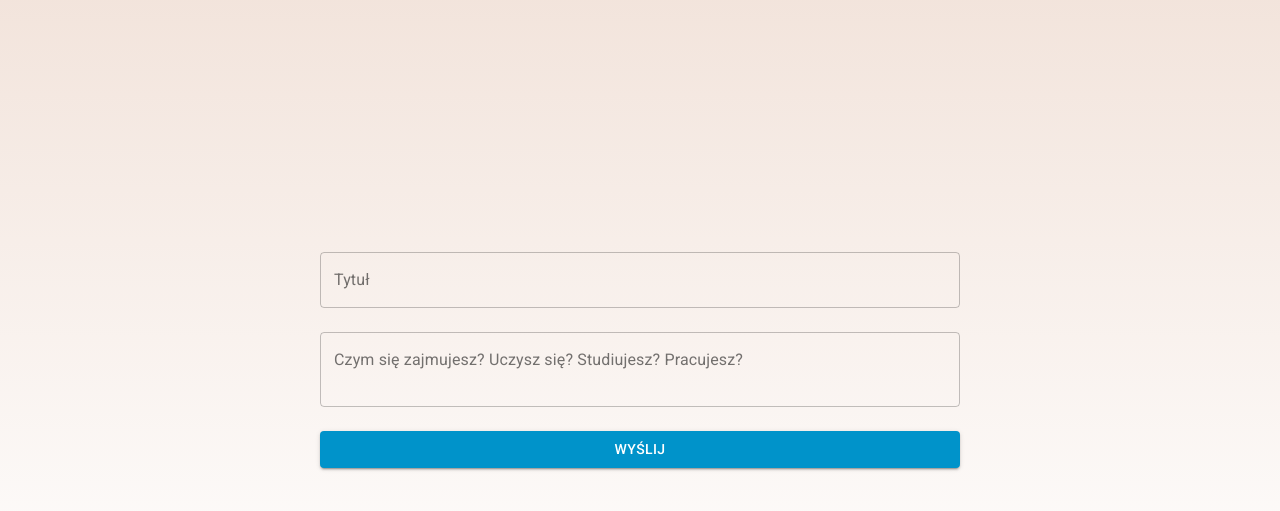
Repository: piotr-bocian/Projekt-5
Page: /
An editor plug-in stored every save of this project. The page is shown before and after a run of saves, followed by the edit.
The browser window is 1280 px wide. The pictures show the whole page.
The project was rebuilt for these pictures with package versions that can differ from the ones it lists, and the page was loaded fresh each time.

Above is the page before, as saved 2021-03-22 17:56:34.

### public/index.html
<!DOCTYPE html>
<html lang="en">

<head>
  <meta charset="utf-8" />
  <meta name="viewport" content="width=device-width, initial-scale=1" />
  <meta name="theme-color" content="#000000" />
  <meta name="description" content="Coders-Camp2020 Projekt Full-Stack Schronisko dla zwierząt" />
  <link rel="apple-touch-icon" href="%PUBLIC_URL%/logo192.png" />

  <link rel="manifest" href="%PUBLIC_URL%/manifest.json" />
  <link rel="stylesheet" href="https://fonts.googleapis.com/css?family=Roboto:300,400,500,700&display=swap" />
  <link href="https://fonts.googleapis.com/css2?family=Amatic+SC&display=swap" rel="stylesheet">
  <title>Schronisko dla zwierząt</title>
</head>

<body>
  <noscript>You need to enable JavaScript to run this app.</noscript>
  <div id="root"></div>
</body>

</html>

### src/index.js
import React from 'react';
import ReactDOM from 'react-dom';
import App from '../src/view/App';
import reportWebVitals from './reportWebVitals';
import './styles/main.css';

ReactDOM.render(
  <React.StrictMode>
    <App />
  </React.StrictMode>,
  document.getElementById('root')
);

reportWebVitals();

### src/view/App.js
import React from 'react';
import styled from 'styled-components';
import AdotpionForm from '../components/Organisms/AdotpionForm/AdotpionForm';
import { ThemeProvider, createMuiTheme } from '@material-ui/core';

const Wrapper = styled.div`
  display: flex;
  flex-direction: column;
  justify-content: center;
  align-items: center;
  width: 100%;
  height: 100vh;
`;

const theme = createMuiTheme({
  palette:{
    primary:{
      light: '#0292c9',
      main: '#0093CA',
      dark: '#0274A2'
    }
  }
});


function App() {
  return (
    <ThemeProvider theme={theme}>
      <Wrapper>
        <AdotpionForm />
      </Wrapper>
    </ThemeProvider>
  );
}

export default App;

### src/styles/main.css
*{
   box-sizing: border-box;
   padding: 0;
   margin: 0;
}

body {
   background-image: linear-gradient(180deg,#e8cebf 0%,rgba(232, 206, 191, 0.55) 0.01%,#ffffff 90.62%);
   background-repeat: no-repeat;
}

### src/components/Organisms/AdotpionForm/AdotpionForm.js
import React, { useState } from 'react';
import { TextField, RadioGroup, FormControlLabel, Radio, Button } from '@material-ui/core';
import { Grid } from '@material-ui/core';

import './AdotpionForm.css';

const AdotpionForm = () => {
    const [title, setTitle] = useState('');
    const [lastName, setLastName] = useState('');
    const [mobile, setMobile] = useState('');
    const [birthDate, setBirthDate] = useState('');
    const [occupation, setOccupation] = useState('');
    const [preferredTask, setPreferredTask] = useState('');

    const sendForm = (e) => {
        e.preventDefault();
        console.log(title);
        console.log(lastName);
        console.log(mobile);
        console.log(birthDate);
        console.log(occupation);
        console.log(preferredTask);
    }

    return (
        <form className="form" onSubmit={sendForm}>
            <Grid container spacing={3}>
                <Grid item xs={12} sm={12} md={12}>
                    <TextField
                        variant="outlined"
                        label="Tytuł" value={title}
                        onChange={(e) => setTitle(e.target.value)}
                        fullWidth
                    />
                </Grid>
                <Grid item xs={12}>
                    <TextField
                        variant="outlined"
                        label="Czym się zajmujesz? Uczysz się? Studiujesz? Pracujesz?"
                        multiline
                        rows={2}
                        value={occupation} onChange={(e) => setOccupation(e.target.value)}
                        fullWidth
                    />
                </Grid>
                <Grid item xs={12}>
                    <Button
                        color="primary"
                        variant="contained"
                        type="submit"
                        fullWidth
                    >
                        Wyślij
                    </Button>
                </Grid>
            </Grid>
        </form>
    )
}

export default AdotpionForm;

### src/components/Organisms/AdotpionForm/AdotpionForm.css
.form{
    width: 50vw;
}

@media (max-width: 768px){
    .form{
        width: 80vw;
    }
}

Loaded but not shown: src/reportWebVitals.js (common file)

After the next 5 saves:
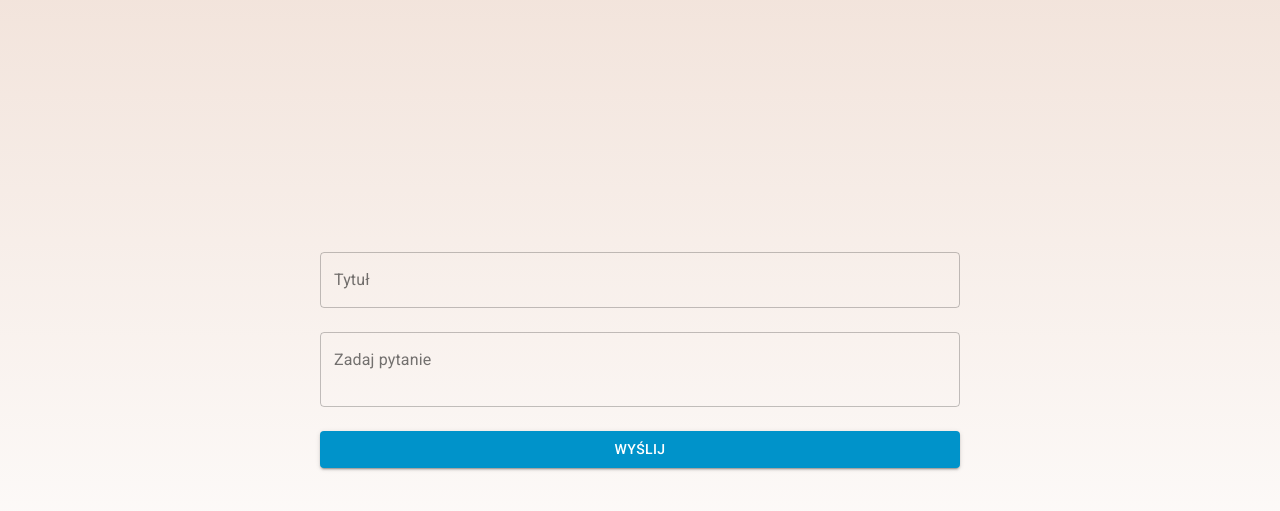
The 5 saves are shown as one change because they came seconds apart.
The last was saved 12 s later.
--- a/src/components/Organisms/AdotpionForm/AdotpionForm.js
+++ b/src/components/Organisms/AdotpionForm/AdotpionForm.js
@@ -36,7 +36,7 @@ const AdotpionForm = () => {
                 <Grid item xs={12}>
                     <TextField
                         variant="outlined"
-                        label="Czym się zajmujesz? Uczysz się? Studiujesz? Pracujesz?"
+                        label="Zadaj pytanie"
                         multiline
                         rows={2}
                         value={occupation} onChange={(e) => setOccupation(e.target.value)}
